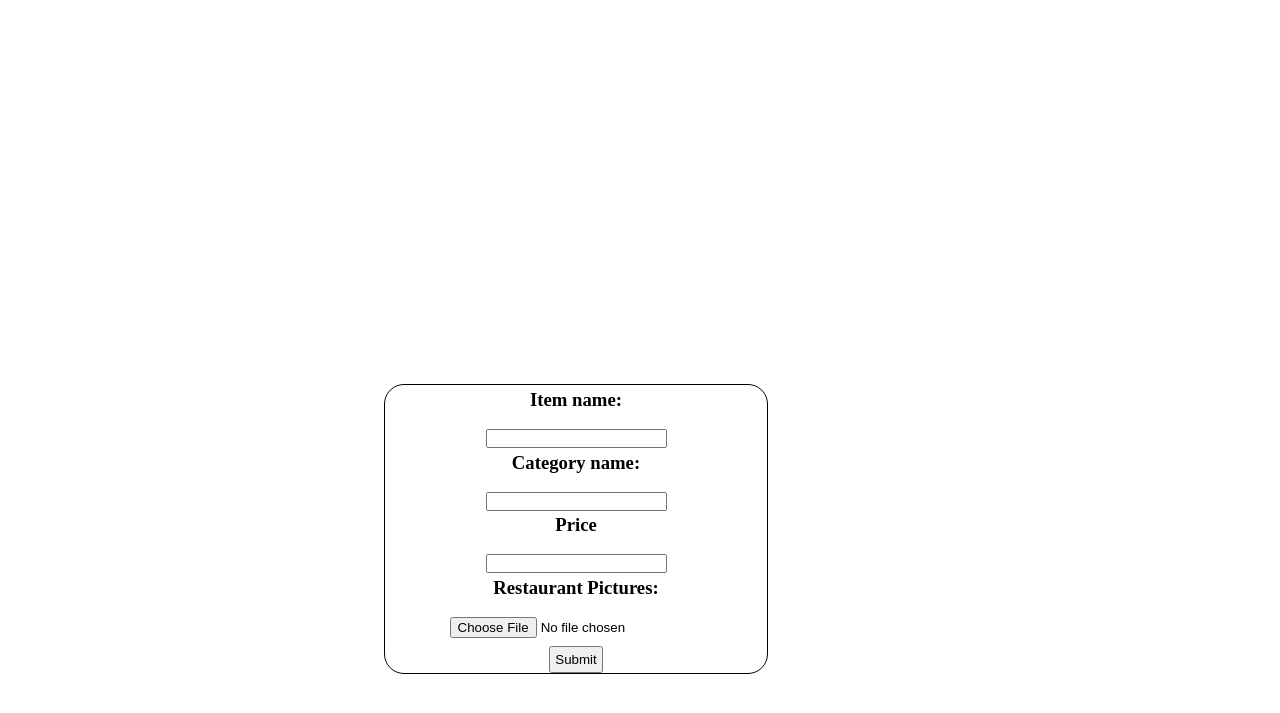
Repository: jatannoury/Ecommerce-Laravel-Electron
Page: Admin-electron/src/HTML/add_item.html
The author's editor kept a copy of each file at every save. The page is drawn from the files as they stood at one save, then again after the next save.
The browser window is 1280 px wide. The pictures show the whole page.

Above is the page before, as saved 2022-06-10 22:57:04.

After the next save:
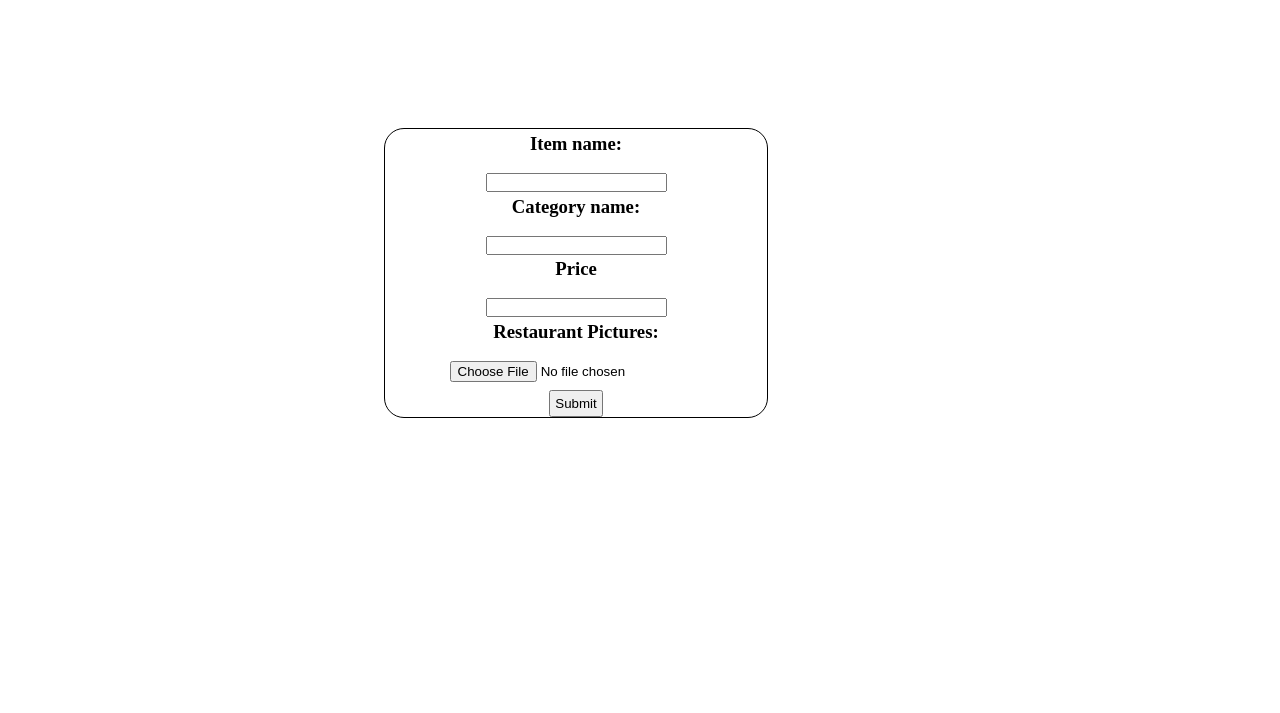
Saved 5 s later.
--- a/Admin-electron/src/CSS/styles.css
+++ b/Admin-electron/src/CSS/styles.css
@@ -38,5 +38,5 @@ form {
     width:30%;
     text-align: center;
     margin-left: 30%;
-    margin-top: 30%;
+    margin-top: 10%;
 }
